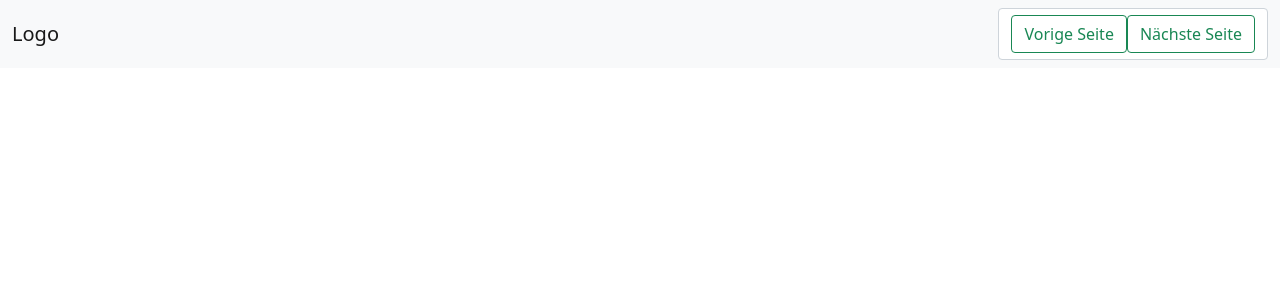
Repository: stephane71183101/Stephane-Personal-Health-Survey
Page: http://localhost/form-q01-start-page.php
The author's editor kept a copy of each file at every save. The page is drawn from the files as they stood at one save, then again after the next save.
The browser window is 1280 px wide. The pictures show the whole page.
The page is run by PHP 8.4 with error messages shown; the project is at /var/www/html/.

Above is the page before, as saved 2022-03-15 14:28:17.

After the next save:
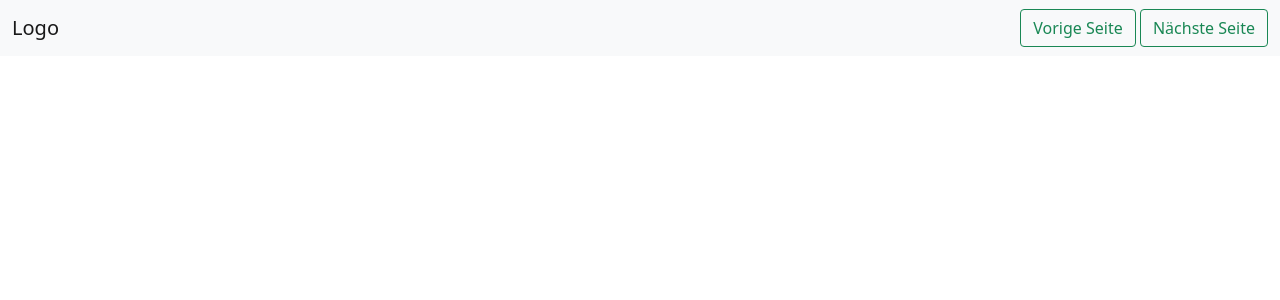
Saved 9 s later.
--- a/form-q01-start-page.php
+++ b/form-q01-start-page.php
@@ -14,7 +14,7 @@
   <div class="container-fluid">
     <a class="navbar-brand" href="#">Logo</a>
         <div class="nav justify-content-end" id="navbarNav">
-    <form class="d-flex form-control">
+    <form class="d-flexme-2">
       <button class="btn btn-outline-success" type="submit">Vorige Seite</button>
       <button class="btn btn-outline-success" type="submit">Nächste Seite</button>
     </form>
